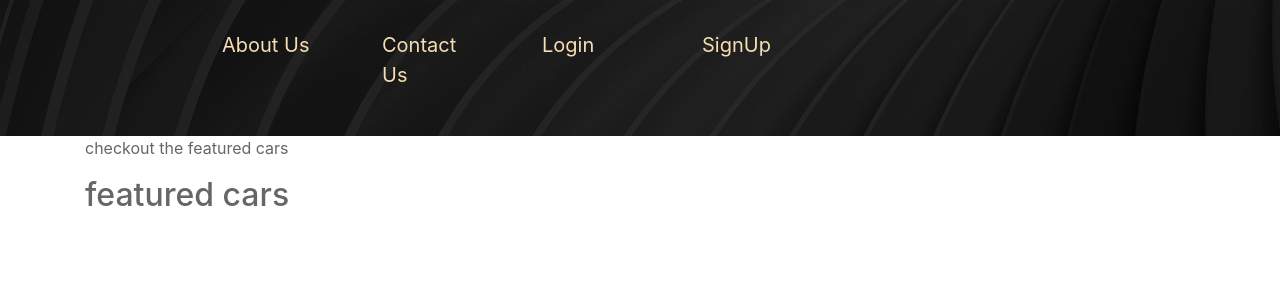
Repository: DilunVass/Car_Rental_System
Page: http://localhost/Online_Vehicle_Rental_System/Home.jsp
The author's editor kept a copy of each file at every save. The page is drawn from the files as they stood at one save, then again after the next save.
The browser window is 1280 px wide. The pictures show the whole page.
Some web fonts or font styles are not loaded; a fallback is used. The page is served by Tomcat 9. Other server files are loaded and not shown. Queries for data that is not in the repository find no rows.

Above is the page before, as saved 2023-10-24 02:35:46.

### online_car_rentel/Online_Vehicle_Rental_System/src/main/webapp/Home.jsp
<%@ page language="java" contentType="text/html; charset=UTF-8"
    pageEncoding="UTF-8"%>
     <%@taglib prefix="c" uri="http://java.sun.com/jsp/jstl/core"%>

	 <%@page import="java.sql.*"%>
	 <%@ page import="com.UserComment.*, java.util.*, java.io.*" %>
<!DOCTYPE html>
<html>
<head>
<meta name="viewport" content="width=device-width, initial-scale=1">
        <!--boostrap link-->
        <meta charset="utf-8">
        <meta name="viewport" content="width=device-width, initial-scale=1">
        <link href="https://cdn.jsdelivr.net/npm/bootstrap@5.2.1/dist/css/bootstrap.min.css" rel="stylesheet">

        <!--Link other files-->
      	<link rel="stylesheet" href="css/index02.css">
        <link rel="stylesheet" href="css/homePage.css">
        <link rel="stylesheet" href="css/bootstrap.css">

        <link rel="stylesheet" href="https://cdnjs.cloudflare.com/ajax/libs/font-awesome/4.7.0/css/font-awesome.min.css">
        <link href='https://css.gg/facebook.css' rel='stylesheet'>
<title>Insert title here</title>

<link href="https://fonts.googleapis.com/css?family=Poppins:100,100i,200,200i,300,300i,400,400i,500,500i,600,600i,700,700i,800,800i,900,900i" rel="stylesheet">

<link href="https://fonts.googleapis.com/css?family=Rufina:400,700" rel="stylesheet">

</head>
<body>
<section id="home" class="welcome-hero">
<!-- top-area Start -->
		<div class="nev_bar">

            <ul>
                <a href="#"><img src="" class="logo_header"></a>
                <li><a href="#"><i class="gg-home"></i></a></li>
                <li><a href="#">About Us</a></li>
                <li><a href="#">Contact Us</a></li>
                <li><a href="UserLogin.jsp">Login</a></li>
                <li><a href="UserInsert.jsp">SignUp</a></li>
            </ul>
        </div>

<!-- </section>

<section id="service" class="service">
    <div class="container">
        <div class="service-container">
            <div class="row">
                <div class="col-md-4 col-sm-6">
                    <div class="single-service-item">
                        <div class="single-service-icon">
                            <i class="flaticon-car"></i>
                        </div>
                        <h2><a href="#">largest dealership <span> of</span> car</a></h2>
						<p>
							Nemo enim ipsam voluptatem quia voluptas sit aspernatur aut odit aut den fugit sed quia.
						</p>
                    </div>
                </div>
            </div>

        </div>
    </div>


</section> -->

<section id="featured-cars" class="featured-cars">
			<div class="container">
				<div class="section-header">
					<p>checkout <span>the</span> featured cars</p>
					<h2>featured cars</h2>
				</div><!--/.section-header-->
				<div class="featured-cars-content">
					<div class="row">


						<%
						try
						{
							Class.forName("com.mysql.jdbc.Driver");
							String url="jdbc:mysql://localhost/Online_vehicle_rental_system";
							String username="root";
							String password="bhtd1996213";
							Connection conn=DriverManager.getConnection(url,username,password);
							Statement stmt=conn.createStatement();


							String query="select * from vehicles";

							ResultSet rs=stmt.executeQuery(query);
							while(rs.next())
							{
							%>

								<div class="col-lg-3 col-md-4 col-sm-6">
									<div class="single-featured-cars">
										<div class="featured-img-box">
											<div class="featured-cars-img">
												<img src="<%=rs.getString(9) %>" alt="Image" class="img-fluid tm-catalog-item-img">
											</div>
											<div class="featured-model-info">
												<p>
													model: <%=rs.getString(2) %>
													Number: <%=rs.getString(4) %>

													<span class="featured-mi-span"><%=rs.getString(5) %></span>
													<span class="featured-hp-span"><%=rs.getString(8) %></span>

												</p>
											</div>
										</div>
										<div class="featured-cars-txt">
											<h2><a href="#"><%=rs.getString(3) %></a></h2>
											<h3><%=rs.getString(10) %></h3>
											<p>
												<%=rs.getString(7) %>
											</p>
											<form name="cardform" action="RequestCar.jsp">
											<input type="hidden" name="vehiID" value="<%=rs.getString(1) %>">
											<div class="mt-5 text-center"><button class="btn btn-primary profile-button" type="submit">Rent This Car</button></div>
							               </form>
										</div>
									</div>
								</div>



							<%

							}
							%>
								<%
								rs.close();
								stmt.close();
								conn.close();
								}
							catch(Exception e)
							{
								e.printStackTrace();
								}
						%>
						<!-- <div class="col-lg-3 col-md-4 col-sm-6">
							<div class="single-featured-cars">
								<div class="featured-img-box">
									<div class="featured-cars-img">
										<img src="assets/images/featured-cars/fc1.png" alt="cars">
									</div>
									<div class="featured-model-info">
										<p>
											model: 2017
											<span class="featured-mi-span"> 3100 mi</span>
											<span class="featured-hp-span"> 240HP</span>
											 automatic
										</p>
									</div>
								</div>
								<div class="featured-cars-txt">
									<h2><a href="#">BMW 6-series gran coupe</a></h2>
									<h3>$89,395</h3>
									<p>
										Neque porro quisquam est, qui dolorem ipsum quia dolor sit amet, consectetur, adipisci velit, sed quia non.
									</p>
								</div>
							</div>
						</div>

						<div class="col-lg-3 col-md-4 col-sm-6">
							<div class="single-featured-cars">
								<div class="featured-img-box">
									<div class="featured-cars-img">
										<img src="assets/images/featured-cars/fc1.png" alt="cars">
									</div>
									<div class="featured-model-info">
										<p>
											model: 2017
											<span class="featured-mi-span"> 3100 mi</span>
											<span class="featured-hp-span"> 240HP</span>
											 automatic
										</p>
									</div>
								</div>
								<div class="featured-cars-txt">
									<h2><a href="#">BMW 6-series gran coupe</a></h2>
									<h3>$89,395</h3>
									<p>
										Neque porro quisquam est, qui dolorem ipsum quia dolor sit amet, consectetur, adipisci velit, sed quia non.
									</p>
								</div>
							</div>
						</div>

						<div class="col-lg-3 col-md-4 col-sm-6">
							<div class="single-featured-cars">
								<div class="featured-img-box">
									<div class="featured-cars-img">
										<img src="assets/images/featured-cars/fc1.png" alt="cars">
									</div>
									<div class="featured-model-info">
										<p>
											model: 2017
											<span class="featured-mi-span"> 3100 mi</span>
											<span class="featured-hp-span"> 240HP</span>
											 automatic
										</p>
									</div>
								</div>
								<div class="featured-cars-txt">
									<h2><a href="#">BMW 6-series gran coupe</a></h2>
									<h3>$89,395</h3>
									<p>
										Neque porro quisquam est, qui dolorem ipsum quia dolor sit amet, consectetur, adipisci velit, sed quia non.
									</p>
								</div>
							</div>
						</div>

						<div class="col-lg-3 col-md-4 col-sm-6">
							<div class="single-featured-cars">
								<div class="featured-img-box">
									<div class="featured-cars-img">
										<img src="assets/images/featured-cars/fc1.png" alt="cars">
									</div>
									<div class="featured-model-info">
										<p>
											model: 2017
											<span class="featured-mi-span"> 3100 mi</span>
											<span class="featured-hp-span"> 240HP</span>
											 automatic
										</p>
									</div>
								</div>
								<div class="featured-cars-txt">
									<h2><a href="#">BMW 6-series gran coupe</a></h2>
									<h3>$89,395</h3>
									<p>
										Neque porro quisquam est, qui dolorem ipsum quia dolor sit amet, consectetur, adipisci velit, sed quia non.
									</p>
								</div>
							</div>
						</div> -->

					</div>

				</div>
			</div><!--/.container-->



		</section>

</body>
</html>

### online_car_rentel/Online_Vehicle_Rental_System/src/main/webapp/css/index02.css
*
{
    padding: 0;
    margin: 0;
    box-sizing: border-box;
}
body{

    background-size: cover;
    background-position: center;
    box-sizing: border-box;
    font-family: 'Franklin Gothic Medium', 'Arial Narrow', Arial, sans-serif;
}

.logo_header{
    position: absolute;
    width: 70px;
    margin-top: 10px;
    margin-bottom: 10px;
    left: 90%;
}

.nev_bar{

    text-align: left;
    background-image: url("../images/05.jpg");
}

.nev_bar ul{
    display: inline-flex;
    list-style: none;
    color: lightcyan;
}

.nev_bar ul li{
    width: 120px;
    margin: 20px;
    padding: 10px;
}

.nev_bar ul li a{
    text-decoration: none;
    font-size: 20px;
    color: wheat;

}

.nev, .nev_bar ul li a:hover{
    text-decoration-color: black;
}

.sub_menu{
    display: none;
}

.nev_bar ul li:hover .sub_menu{
    display: block;
    position: absolute;
    background: black;
    background: solid black;
    margin-top: 20px;
    margin-left: -10px;
}
.nev_bar ul li:hover .sub_menu a{
    color: aliceblue;
    font-size: 12px;
    margin-top: 5x;
}

.nev_bar ul li:hover .sub_menu ul{
    display: block;
    margin: 5px;
}

.nev_bar ul li:hover .sub_menu ul li{
    width: 125px;
    padding: 5px;
    border-bottom: 1px dotted black;
    border-radius: 0;
    text-align: left;
}

.nev_bar ul li:hover .sub_menu ul li :last-child{
    border-bottom: none;
}

.nev_bar ul li:hover .sub_menu ul li a:hover{
    color: wheat;
}

footer{
    width: 100%;
    bottom: 0;
    background-image: url("../images/04.jpg");
    color: white;
    padding: 10px 0 20px;
    font-size: 14px;
    line-height: 20px;
    font-family: 'Courier New', Courier, monospace;
}

.row{
    width: 100%;
    margin-left: 10px;
    display: flex;
    flex-wrap: wrap;
    align-items: flex-start;
    justify-content: space-between;
}

.col{
    flex-basis: 25%;
    padding: 15px;
}

.logo{
    width: 75px;
    margin-bottom: 10px;
}

.col h3{
    width: fit-content;
    margin-bottom: 20px;
    position: relative;
}

.service { padding: 260px 0 87px;}

.single-service-item{
    text-align: center;
    padding:55px 30px 60px;
    border-radius: 3px;
    margin-bottom: 30px;
    border: 1px solid #dadfe9;
    -webkit-transition: .3s linear;
    -moz-transition:.3s linear;
    -ms-transition:.3s linear;
    -o-transition:.3s linear;
    transition: .3s linear;
}

.single-service-icon {
    display: inline-block;
    color: #50616c;
}
.single-service-item h2 a {
    font-size:20px;
    margin: 35px 0 20px;
}
.single-service-item h2 a span {text-transform:  lowercase;}
.single-service-item p {padding-bottom: 35px;text-transform: initial;position: relative;}
.single-service-item p:before {
    position: absolute;
    content: "";
    width: 20px;
    height: 3px;
    background: #3030ea;
    bottom: 0;
    left: 50%;
    margin-left: -10px;
}

.single-service-icon [class^="flaticon-"]:before,.single-service-icon[class*=" flaticon-"]:before,.single-service-icon [class^="flaticon-"]:after,.single-service-icon [class*=" flaticon-"]:after {font-size:60px;}
.single-service-item:hover .single-service-icon [class^="flaticon-"]:before,.single-service-item:hover .single-service-icon [class*=" flaticon-"]:before,.single-service-item:hover .single-service-icon [class^="flaticon-"]:after,.single-service-item:hover .single-service-icon [class*=" flaticon-"]:after {color:#fff;}


.single-service-item:hover h2 a,.single-service-item:hover p{color: #fff;}
.single-service-item:hover  p:before {background: #fff;}
.single-service-item:hover{box-shadow: 0 12px 30px 0px rgba(0,1,193,.2);background: #4e4ffa;border: 1px solid #4e4ffa;}


        7. Featured-cars
--------------------------------------*/
.featured-cars{
    padding:112px 0 120px;
}
.featured-cars-content{padding-top:96px;}

/*.single-featured-cars*/
.featured-img-box {
    border: 1px solid #dadfe9;
}
.featured-cars-img {
    display: flex;
    align-items: center;
    justify-content: center;
    padding: 0 30px;
    height: 220px;
    border-bottom: 1px solid #dadfe9;
}
.featured-model-info{padding:12px 7px;}
.featured-model-info p {
    font-size: 12px;
    color: #8c92a0;
    text-transform: capitalize;
}
.featured-mi-span{display: inline-block;margin:0 10px;}
.featured-hp-span{display: inline-block;margin-right: 10px;}
.featured-cars-txt{margin:21px 0 47px;}
.featured-cars-txt h2 a{font-size: 16px;margin-bottom: 15px;}
.featured-cars-txt h2 a span{text-transform: uppercase;}
.featured-cars-txt h3{margin-bottom: 10px;}
.featured-cars-txt h3,.featured-cars-txt p{font-size: 13px;}
/*.single-featured-cars*/

/*-------------------------------------
        8. Clients-say
--------------------------------------*/
.clients-say{padding:115px 0 80px;background: #f8f9fb;}

/*single-testimonial-box */
.single-testimonial-box  {
    padding: 50px 30px 57px;
    text-align: center;
    border: 1px solid #dadfe9;
    overflow-x: hidden;
    -webkit-transition: .3s;
    -moz-transition:.3s;
    -ms-transition:.3s;
    -o-transition:.3s;
    transition: .3s;
}

/*testimonial-description*/
.clients-say .testimonial-carousel .col-sm-3,
.clients-say .testimonial-carousel .col-xs-12{
    width:100%;
    height:auto;
}
/* testimonial-info */
.testimonial-img {
    margin-right: 5px;
    border-radius:50%;
    -webkit-transition: .3s;
    -moz-transition:.3s;
    -ms-transition:.3s;
    -o-transition:.3s;
    transition: .3s;
}
.testimonial-person h2 a,.testimonial-person h4 {
    font-size: 16px;
    color: #5e6778;
    font-weight: 600;
}
.testimonial-person h4{
    margin-top: 10px;
}/* testimonial-info */


/* testimonial-comment */
.testimonial-comment p {
    font-size: 16px;
    color: #5e6778;
    margin-top: 30px;
    margin-bottom: 25px;
}/* testimonial-comment */


/*testimonial-description*/
.single-testimonial-box:hover h2 a,.single-testimonial-box:hover h4, .single-testimonial-box:hover p{color: #fff;}
.single-testimonial-box:hover{
    background: #4e4ffa;
    border: 1px solid #4e4ffa;
    box-shadow: 0 12px 30px 0px rgba(0,1,193,.2);
}

/*owl carousel*/
.clients-say .owl-carousel .owl-stage {
    position: relative;
    padding: 100px 0 40px;
}
.clients-say .owl-carousel .owl-item img {
    display: block;
    width: 70px;
    height: 70px;
    border-radius:50%;
    margin:0 auto;
}

ul li{
    list-style: none;
    margin-bottom: 10px;
}

ul li a{
    text-decoration: none;
    color: white;
}

### online_car_rentel/Online_Vehicle_Rental_System/src/main/webapp/css/homePage.css
.part01{
    min-height: 100vh;
    display: flex;
    align-items: center;
    justify-content: center;
    background-image: img src="../images/03.jpg";
}

/*

TemplateMo 552 Video Catalog

https://templatemo.com/tm-552-video-catalog

*/

html { scroll-behavior: smooth; overflow-x: hidden; }

body {
    margin: 0;
    padding: 0;
    font-family: 'Source Sans Pro', sans-serif;
    font-size: 18px;
    line-height: 2em;
    overflow-x: hidden;
}

a {
    transition: all 0.3s ease;
    color: #666;
}

a:hover {
    color: #29BBCC;
    text-decoration: none;
}

h2, p { color: #666666; }

.tm-site-header {
    position: absolute;
    z-index: 1000;
    width: 100%;
    top: 0;
    left: 0;
    padding: 40px;
}

.tm-logo-container {
    display: block;
    padding: 30px;
    width: 320px;
    height: 160px;
}

.tm-site-logo { font-size: 3rem; }
.tm-site-name { font-size: 1.9rem; }

#tm-video-container {
    max-height: 720px;
    overflow: hidden;
    background-color: #333;
}

#tm-video {
    width: 100%;
    height: auto;
}

.tm-bg-black {
    background-color: rgba(0,0,0,0.5);
    color: white;
}

.tm-bg-gray { background-color: #F4F4F4; }
.tm-text-primary { color: #3399CC; }
.tm-text-secondary { color: #3CAFAF; }

.tm-nav-link {
    color: white;
    font-size: 1.4rem;
}

#tm-main-nav .nav-item .nav-link { border-bottom: 1px solid transparent; }

#tm-main-nav .nav-item.active .nav-link,
#tm-main-nav .nav-item:hover .nav-link {
    border-bottom: 1px solid white;
    color: white;
}

.tm-welcome-container {
    position: absolute;
    width: 100%;
    height: 100%;
    display: flex;
    justify-content: center;
    flex-direction: column;
    z-index: 999;
}

.tm-welcome-container-inner { margin-top: 100px; }
.tm-welcome-text { font-size: 1.6rem; }

.btn {
    padding: 15px 60px;
    font-size: 1.6rem;
    border: none;
    cursor: pointer;
}

.btn-primary { background-color: #3399CC; }
.btn-primary:hover { background-color: #1674a0; }

/*
    Button hover effect: https://tympanus.net/Development/CreativeButtons/
*/

.tm-btn-animate {
    position: relative;
    overflow: hidden;
    -webkit-backface-visibility: hidden;
    -moz-backface-visibility: hidden;
    backface-visibility: hidden;
    transition: all 0.3s ease;
}

.tm-btn-animate:before {
    left: 0;
    top: -100%;
    position: absolute;
    height: 100%;
    width: 100%;
    line-height: 2.5;
    -webkit-transition: all 0.3s;
    -moz-transition: all 0.3s;
    transition: all 0.3s;
    font-family: "Font Awesome 5 Free";
    font-style: normal;
    font-weight: 900;
    line-height: 1;
    -webkit-font-smoothing: antialiased;
}

.tm-btn-animate:after {
    content: '';
    position: absolute;
    z-index: -1;
    -webkit-transition: all 0.3s;
    -moz-transition: all 0.3s;
    transition: all 0.3s;
}

.tm-btn-animate:hover:before { top: 13px; }

.tm-btn-animate span {
    display: inline-block;
    width: 100%;
    height: 100%;
    -webkit-transition: all 0.3s;
    -webkit-backface-visibility: hidden;
    -moz-transition: all 0.3s;
    -moz-backface-visibility: hidden;
    transition: all 0.3s;
    backface-visibility: hidden;
}

.tm-btn-animate:hover span {
    -webkit-transform: translateY(300%);
    -moz-transform: translateY(300%);
    -ms-transform: translateY(300%);
    transform: translateY(300%);
}

.tm-btn-cta {
    color: white;
    background-color: rgba(0,0,0,0.5);
}

.tm-btn-cta:before { font-size: 180%; }
.tm-btn-download:before { font-size: 120%; }
.tm-btn-submit:before { font-size: 120%; }
.tm-icon-down:before { content: '\f078'; }
.tm-icon-download:before { content: '\f019'; }
.tm-icon-submit:before { content: '\f1d8'; }
.tm-icon-submit:hover:before { top: 18px; }
.tm-btn-cta:hover { color: white; }

.tm-btn-download:hover,
.tm-btn-download:focus,
.tm-btn-submit:hover,
.tm-btn-submit:focus {
    color: white;
    background-color: #3399CC;
}

.tm-btn-download span { padding-top: 10px; }
.tm-btn-small {
    padding: 10.5px 35px;
    font-size: 1.2rem;
}

#tm-video-control-button {
    position: absolute;
    bottom: 20px;
    right: 20px;
    z-index: 1000;
}

.tm-content-container {
    max-width: 1422px;
    padding-top: 80px;
    padding-bottom: 35px;
}

.tm-page-title { font-size: 2.5rem; }
.tm-catalog-item-list { justify-content: space-between; }

.tm-catalog-item {
    max-width: 462px;
    display: flex;
    flex-direction: column;
    margin-bottom: 64px;
}

.tm-thumbnail-container { overflow: hidden; }
.tm-thumbnail-container img { transition: all 0.3s ease; }
.tm-thumbnail-container:hover img { transform: scale(1.2) rotate(5deg); }

.tm-img-overlay {
    top: 0;
    left: 0;
    width: 100%;
    height: 100%;
    display: flex;
    align-items: center;
    justify-content: center;
    background-color: rgba(0,0,0,0.4);
    cursor: pointer;
    transition: all 0.3s ease ;
}

.tm-overlay-icon {
    color: #a7a7a7;
    opacity: 1;
    font-size: 2rem;
    padding: 10px 15px;
    background-color: rgba(0,0,0,0.5);
    border-radius: 50%;
    width: 70px;
    height: 70px;
    display: flex;
    align-items: center;
    justify-content: center;
    padding-right: 8px;
    z-index: 1002;
    transition: all 0.3s ease;
}

.tm-img-overlay:hover { background-color: transparent; }
.tm-img-overlay:hover .tm-overlay-icon { opacity: 0; }
.tm-catalog-item-description { flex: 1; }

.tm-categories-container {
    display: flex;
    align-items: center;
}

.tm-categories-text { margin-right: 16px; }
.tm-category-list { font-size: 1.75rem; }
.tm-category-item { margin: 16px; }

.tm-category-link {
    color: #3399CC;
    padding: 10px;
    border-bottom: 3px solid transparent;
}

.tm-category-link.active,
.tm-category-link:hover {
    border-bottom: 3px solid #3399CC;
    color: #3399CC;
}

.tm-paging-link {
    background-color: #F4F4F4;
    margin-right: 12px;
    font-size: 1.5rem;
    width: 60px;
    height: 60px;
    display: flex;
    align-items: center;
    justify-content: center;
}

.nav-item.active > .tm-paging-link,
.nav-item:hover > .tm-paging-link {
    background-color: #CCC;
    color: #666666;
}

.tm-subscribe-form {
    display: flex;
    align-items: center;
}

.tm-subscribe-form > input {
    padding: 5px 15px;
    margin-right: 20px;
    flex: 1;
    max-width: 382px;
}

.tm-footer-links > li { margin-bottom: 10px; }

/*Video detail page*/

.tm-video-title { font-size: 2.5rem; }
.tm-share-box {
    font-size: 1.4rem;
    padding: 3rem;
}
.tm-share-box-title { font-size: 1.4rem; }

.tm-bg-white {
    background-color: white;
    border: 1px solid #CDCECF;
    border-radius: 5px;
}

.tm-share-button {
    width: 52px;
    height: 52px;
    display: flex;
    align-items: center;
    justify-content: center;
    margin-right: 24px;
}

.tm-share-button:last-child { margin-right: 0; }
.tm-text-link { color: #3399CC; }

.tm-likes-box,
.tm-btn-download {
    width: 280px;
    height: 60px;
}

.tm-likes-box { padding-top: 12px; }
.tm-video-description-box { max-width: 920px; }
.tm-text-gray { color: #6F7071; }

.tm-fixed-header {
    background-position: center;
    background-repeat: no-repeat;
    background-attachment: fixed;
    background-size: cover;
    background-color: #666;
}

#tm-fixed-header-bg { height: 450px; }
.tm-fixed-header-1 { background-image: url(../img/video-detail-1.jpg); }
.tm-fixed-header-2 { background-image: url(../img/about-1.jpg); }
.tm-fixed-header-3 { background-image: url(../img/contact-1.jpg); }

video {
  width: 100%;
  height: auto;
}

.fa-facebook { color: #3b5998; }
.fa-twitter { color: #00acee; }
.fa-pinterest { color: #c8232c; }
.tm-liked-icon { display: none; }
.tm-not-liked-icon { display: inline-block; }
.tm-liked-icon, .tm-not-liked-icon { margin-top: 3px; }
.tm-liked .tm-liked-icon { display: inline-block; }
.tm-liked .tm-not-liked-icon { display: none; }
.tm-welcome-text-2 { max-width: 575px; }
.tm-share-button:hover { background-color: #e9ecef; }

/*About*/
.tm-about-text-container { max-width: 920px; }

.parallax-window {
    min-height: 270px;
    background: transparent;
}

.parallax-window-2 {
    min-height: 360px;
}

.tm-about-icon {
    color: #999;
}

/* Contact */
.mapouter{
    position:relative;
    text-align:right;
    height:540px;
    width:100%;
}

.gmap_canvas {
    overflow:hidden;
    background:none!important;
    height:540px;
    width:100%;
}

.form-control {
    font-size: 1.2rem;
    padding: 21px 25px;
}

.form-group {
    margin-bottom: 35px;
}

#contact-select {
    height: 60px;
    border-radius: 0;
}

#contact-select:not([multiple]) {
  -webkit-appearance: none;
  -moz-appearance: none;
  background-position: right 15px center;
  background-repeat: no-repeat;
  background-image: url(../img/select-arrow.png);
  padding: 14px 20px;
  padding-right: 20px;
  color: #666;
}
.tm-testimonial-text {
    max-width: 420px;
    font-style: italic;
}

@media (min-width: 992px) {
    #tm-main-nav .nav-item { margin: 20px 40px; }
    .navbar-expand-lg .navbar-nav .nav-link { padding: 8px 0px; }
    .navbar-expand-lg .navbar-collapse { justify-content: flex-end; }
}

@media (max-width: 1419px) {
    .tm-catalog-item { margin-bottom: 30px; }
}

@media (max-width: 991px) {
    .navbar {
        max-width: 220px;
        position: absolute;
        top: 0;
        right: 0;
        padding: 0;
    }

    .navbar-collapse {
        background-color: rgba(0,0,0,0.5);
        border-radius: 5px;
        border-top-right-radius: 0;
        padding: 10px 15px;
    }

    .nav-item { margin-bottom: 10px; }

    .navbar-toggler {
        border-bottom-left-radius: 0;
        border-bottom-right-radius: 0;
        width: 52px;
        height: 40px;
    }

    .navbar-toggler.collapsed {
        border-bottom-left-radius: .25rem;
        border-bottom-right-radius: .25rem;
    }

    .navbar-toggler i.tm-menu-opened-icon { display: block; }
    .navbar-toggler i.tm-menu-closed-icon { display: none; }
    .navbar-toggler.collapsed i.tm-menu-opened-icon { display: none; }
    .navbar-toggler.collapsed i.tm-menu-closed-icon { display: block; }
    .tm-welcome-container-inner { margin-top: 150px; }
    .tm-welcome-text { font-size: 1.4rem; }

    #tm-video {
        width: 888px;
        height: 500px;
    }

    .tm-logo-container {
        height: 160px;
        width: 250px;
    }

    .tm-site-header { padding: 20px; }
    .tm-catalog-item-list { max-width: 924px; }
    .tm-share-box { max-width: 400px; }
}

@media (max-width: 879px) {
    .tm-categories-container {
        flex-direction: column;
        align-items: flex-start;
    }
}

@media (max-width: 640px) {
    .tm-subscribe-form {
        flex-direction: column;
        align-items: stretch;
    }

    .tm-subscribe-form > input {
       max-width: 100%;
    }

    .tm-subscribe-form input {
        margin-right: 0;
        margin-bottom: 15px;
    }

    .tm-share-box {
        padding-left: 1.5rem;
        padding-right: 1.5rem;
    }
}

@media (max-width: 419px) {
    .tm-testimonial {
        flex-direction: column;
    }
}

Loaded but not shown: online_car_rentel/Online_Vehicle_Rental_System/src/main/webapp/css/bootstrap.css (library)

After the next save:
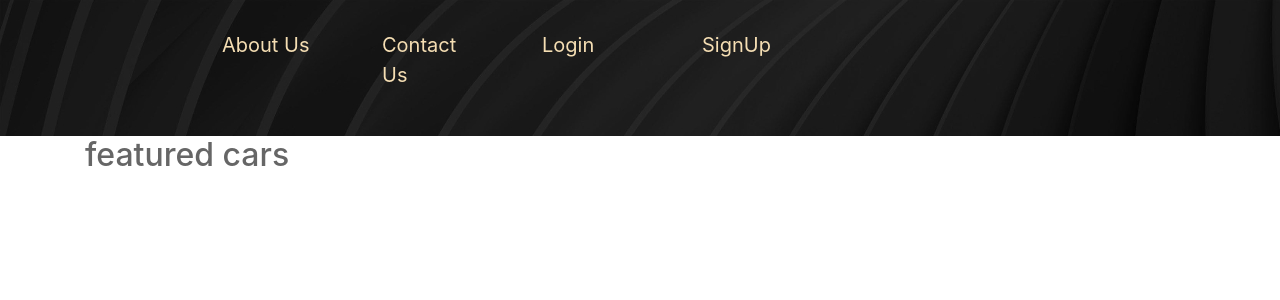
Saved 14 min 29 s later.
--- a/online_car_rentel/Online_Vehicle_Rental_System/src/main/webapp/Home.jsp
+++ b/online_car_rentel/Online_Vehicle_Rental_System/src/main/webapp/Home.jsp
@@ -70,7 +70,7 @@
 <section id="featured-cars" class="featured-cars">
 			<div class="container">
 				<div class="section-header">
-					<p>checkout <span>the</span> featured cars</p>
+
 					<h2>featured cars</h2>
 				</div><!--/.section-header-->
 				<div class="featured-cars-content">
